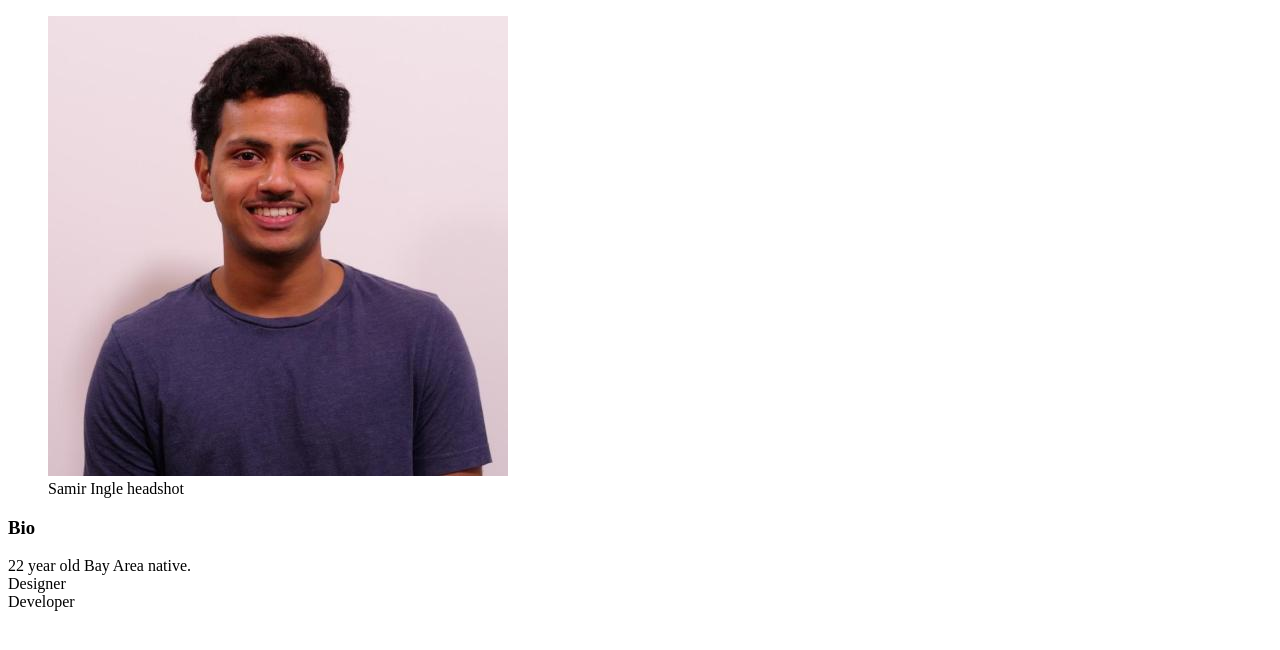
Repository: SamirIngley/html-semantic
Page: about.html
These files come from the project's save history. The page is drawn as it stood at one moment and after the next save; the edit follows.
The browser window is 1280 px wide. The pictures show the whole page.

Above is the page before, as saved 2020-01-28 16:56:02.

After the next save:
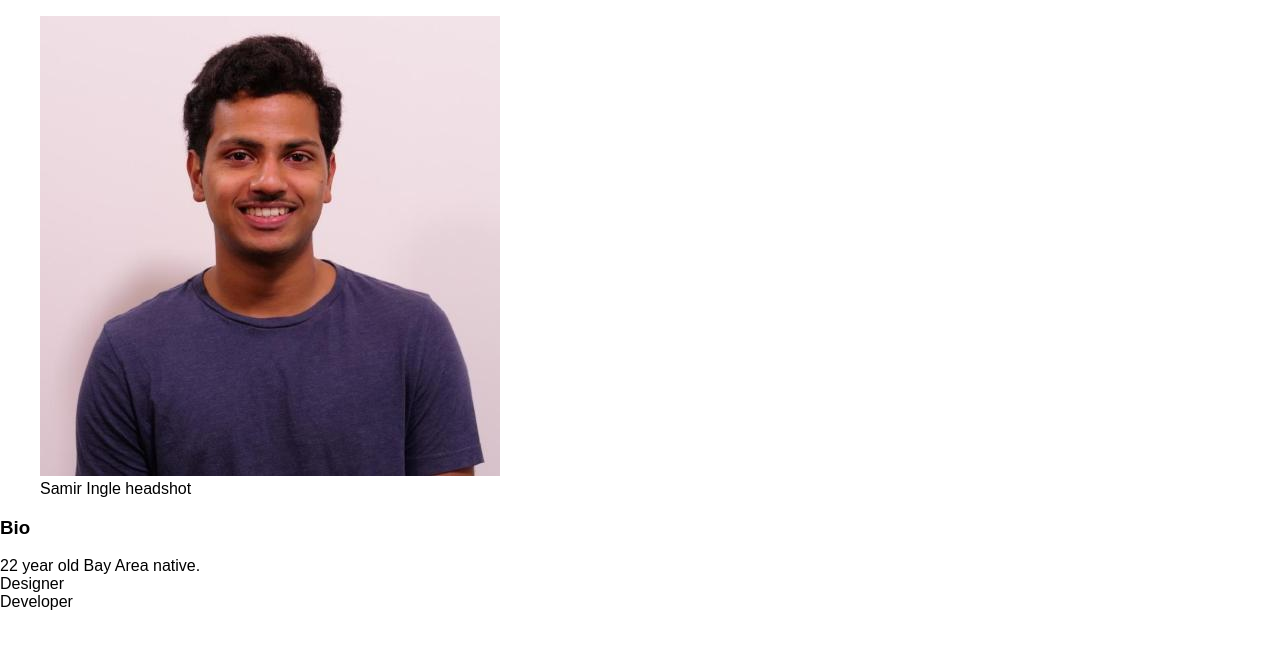
Saved 13 s later.
--- a/about.html
+++ b/about.html
@@ -4,6 +4,8 @@
     <meta charset="UTF-8">
     <meta name="viewport" content="width=device-width, initial-scale=1.0">
     <meta http-equiv="X-UA-Compatible" content="ie=edge">
+    <link href="style.css" rel="stylesheet">
+
     <title>Samir.</title>
 </head>
 <body>
